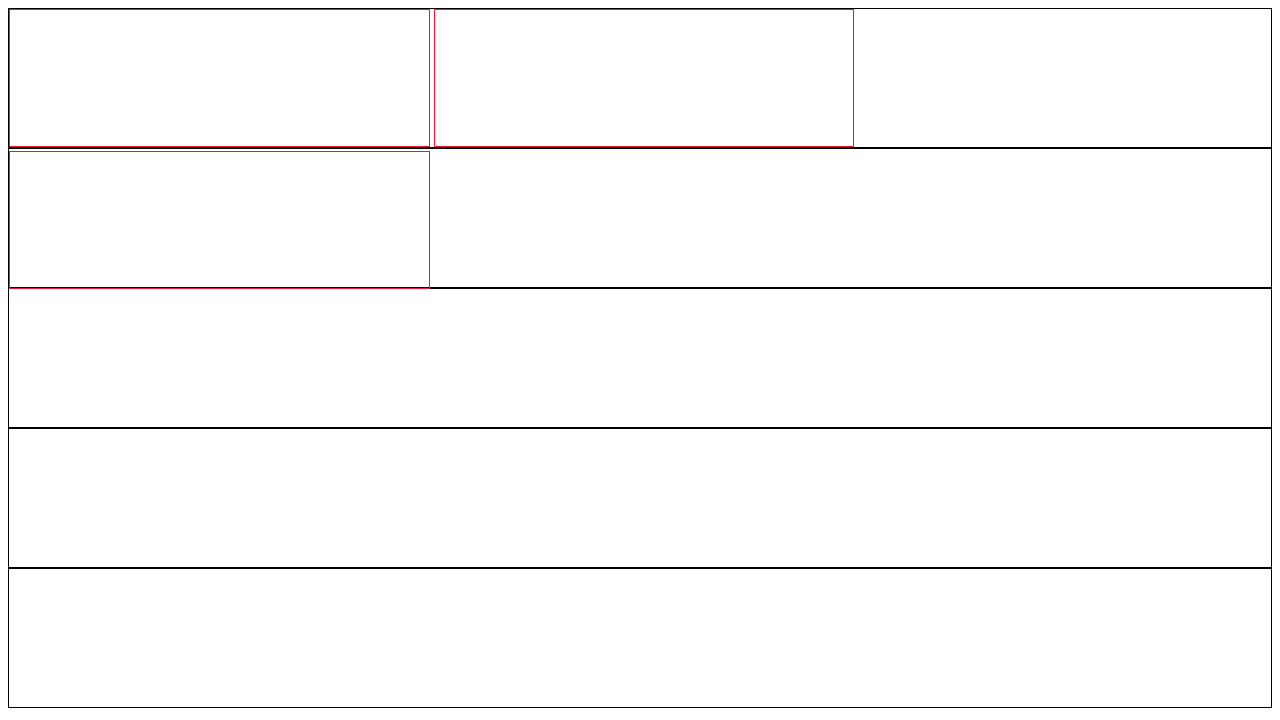
Repository: AishwaryaPandey987/PGLife
Page: home.html
An editor plug-in stored every save of this project. The page is shown before and after the next save, followed by the edit.
The browser window is 1280 px wide. The pictures show the whole page.

Above is the page before, as saved 2022-10-27 20:41:19.

### home.html
<!DOCTYPE html>
  <html>
    <head>
        <title>CSS Page</title>
         <link rel="stylesheet" href="css/style.css" />
    </head>
    <body>

      <div class="row">
        <div class="col"></div>
        <div class="col"></div>
        <div class="col"></div>
      </div>

      <div class="row"></div>

      <div class=" row"></div>

      <div class="row"></div>

      <div class="row"></div>
    </body>
  </html>

### css/style.css
* {
  box-sizing: border-box;
}

.row{

  border:  1px solid black;
 height: 140px;
}

.col{
  border: 1px solid rgb(241, 19, 56);
  display: inline-block;
  height: 100%;
  width: 33.33%;

}

After the next save:
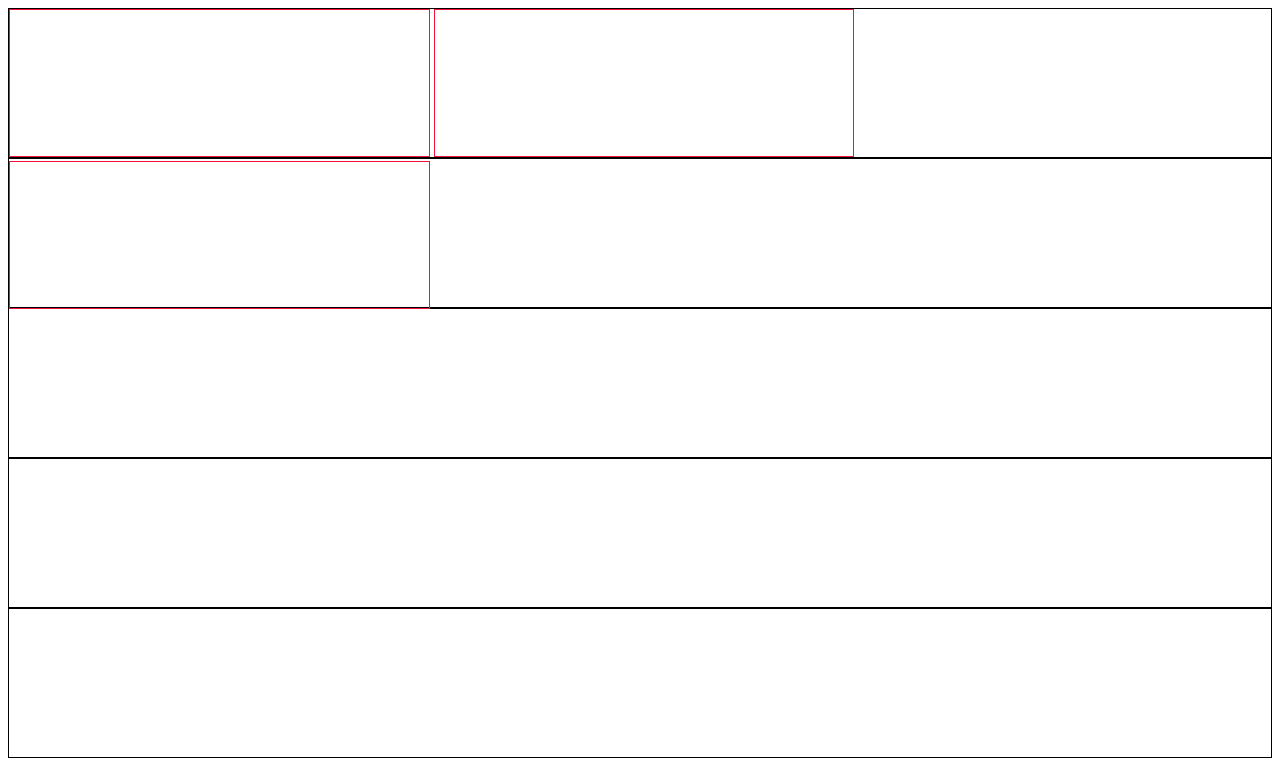
Saved 51 s later.
--- a/css/style.css
+++ b/css/style.css
@@ -5,7 +5,7 @@
 .row{
 
   border:  1px solid black;
- height: 140px;
+ height: 150px;
 }
 
 .col{
